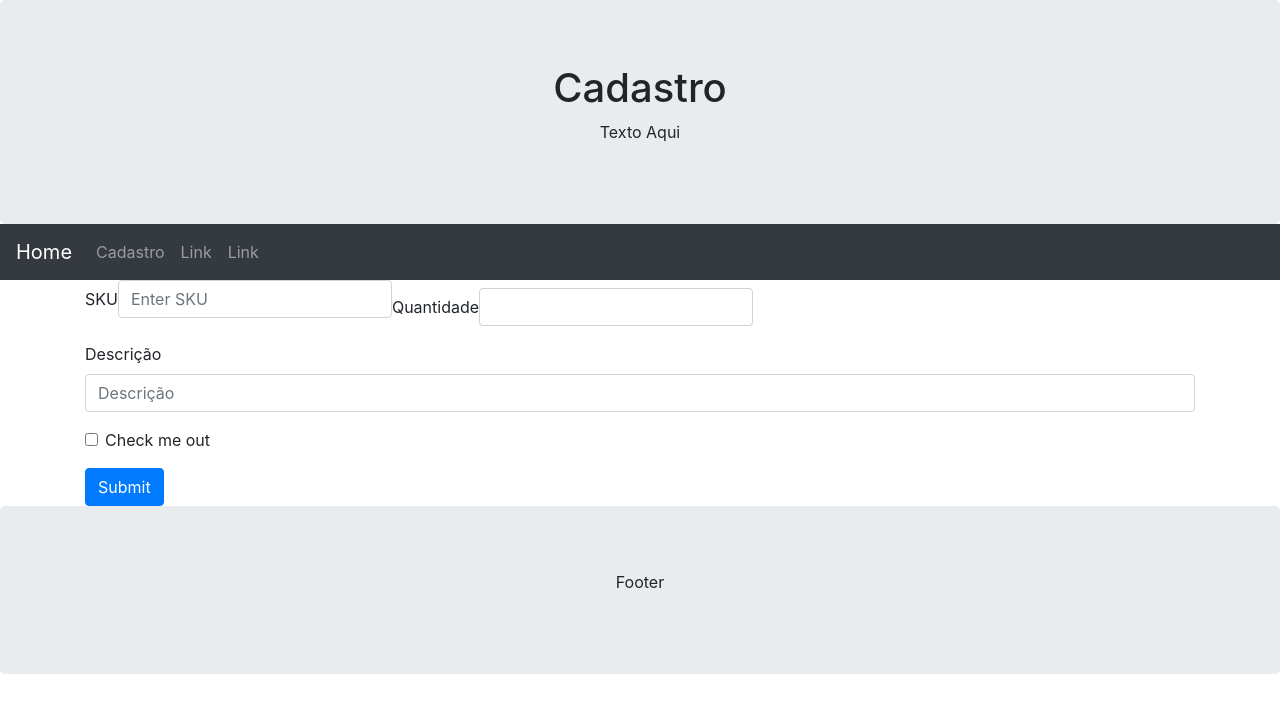
Repository: LucasLopesAguiar/JavaWeb-1
Page: sistemaweb/WebContent/cadastro.html
These files come from the project's save history. The page is drawn as it stood at one moment and after a run of saves; the edit follows.
The browser window is 1280 px wide. The pictures show the whole page.

Above is the page before, as saved 2019-05-10 01:10:31.

After the next 2 saves:
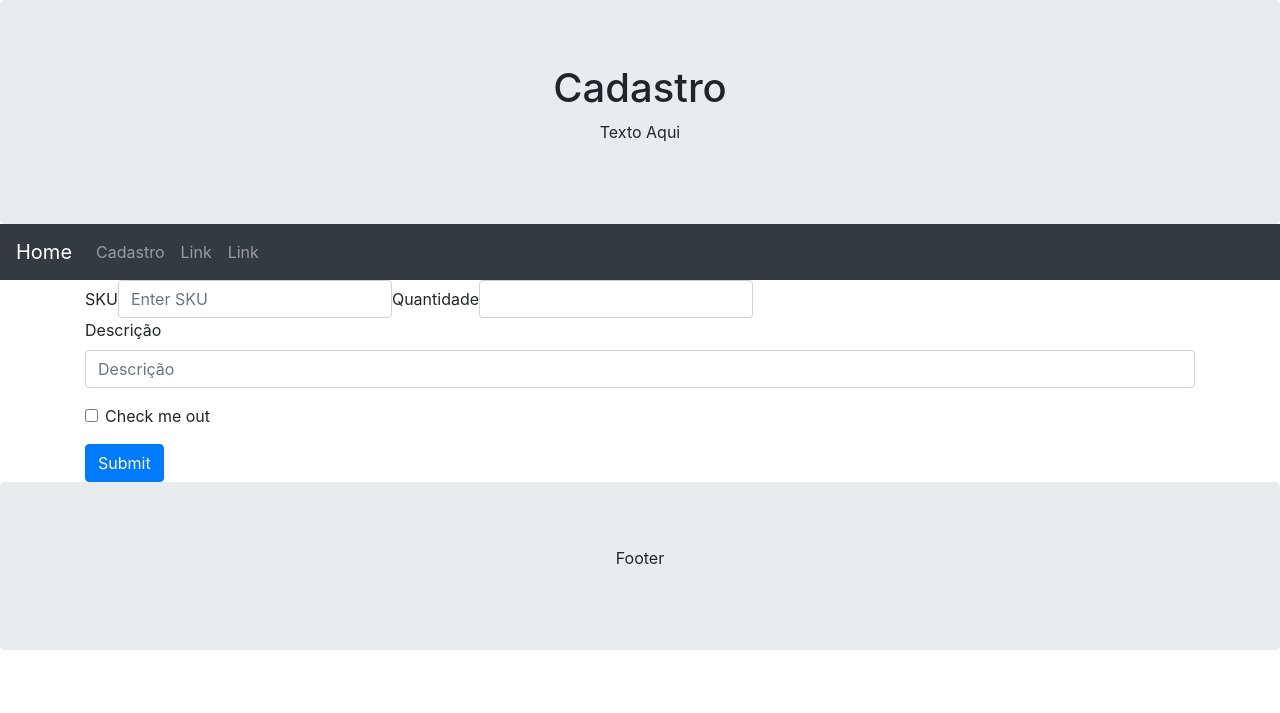
The 2 saves are shown as one change because they came seconds apart.
The last was saved 45 s later.
--- a/sistemaweb/WebContent/cadastro.html
+++ b/sistemaweb/WebContent/cadastro.html
@@ -46,12 +46,12 @@
 <div class="container">
 <form>
   <div class="form-inline">
-  	<div class="form-group mb-4">
+  	<div class="form-group">
     <label for="exampleInputEmail1">SKU</label>
     <input type="text" class="form-control" id="inputSKU" placeholder="Enter SKU">
   </div>
 
-  <div class="form-group mb-2">
+  <div class="form-group">
     <label for="inputDesc">Quantidade</label>
     <input type="number" class="form-control" id="inputDesc">
   </div>
